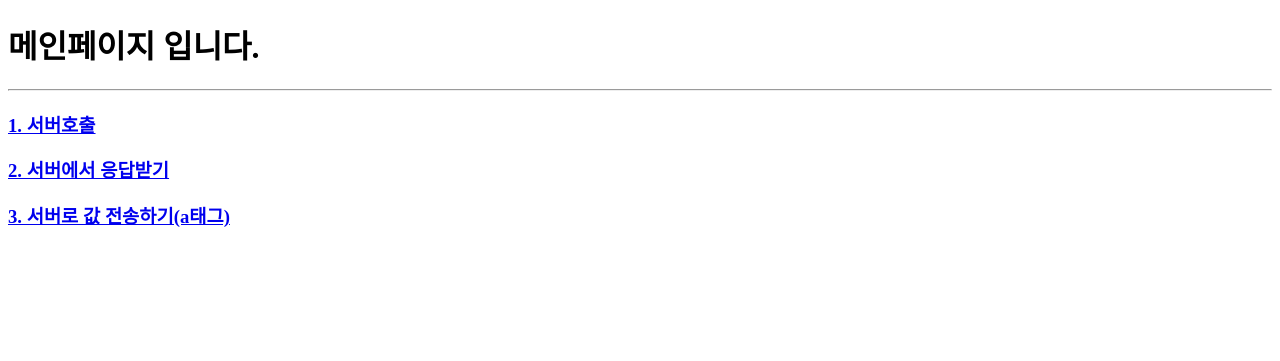
Repository: JWbase/Web_JAVA
Page: web-workspace/02_noDbProject/src/main/webapp/index.html
The author's editor kept a copy of each file at every save. The page is drawn from the files as they stood at one save, then again after the next save.
The browser window is 1280 px wide. The pictures show the whole page.

Above is the page before, as saved 2022-08-29 07:03:42.

### web-workspace/02_noDbProject/src/main/webapp/index.html
<!DOCTYPE html>
<html>
<head>
<meta charset="UTF-8">
<title>Insert title here</title>
</head>
<body>
	<h1>메인페이지 입니다.</h1>
	<hr>
	<h3>
		<a href="/requestServer.do">1. 서버호출</a>
	</h3>
	<h3>
		<a href="/responseTest.do">2. 서버에서 응답받기</a>
	</h3>
	<h3>
		<a href="/sendData1.do?name=이정우&test=abc">3. 서버로 값 전송하기(a태그)</a>
	</h3>
</body>
</html>

After the next save:
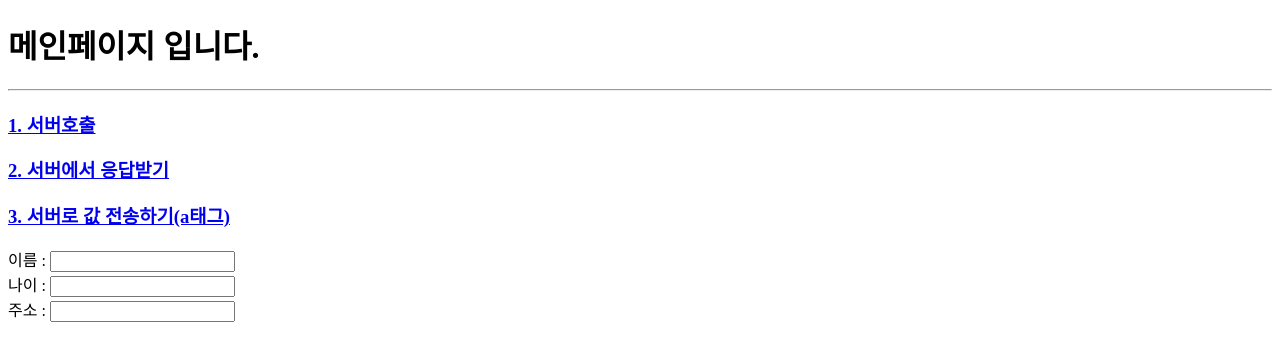
Saved 2 min 0 s later.
--- a/web-workspace/02_noDbProject/src/main/webapp/index.html
+++ b/web-workspace/02_noDbProject/src/main/webapp/index.html
@@ -16,5 +16,10 @@
 	<h3>
 		<a href="/sendData1.do?name=이정우&test=abc">3. 서버로 값 전송하기(a태그)</a>
 	</h3>
+	<form action="/sendData2.do" method="get">
+		이름 : <input type="text" name="name"><br>
+		나이 : <input type="text" name="age"><br>
+		주소 : <input type="text" name="addr"><br>
+	</form>
 </body>
 </html>
